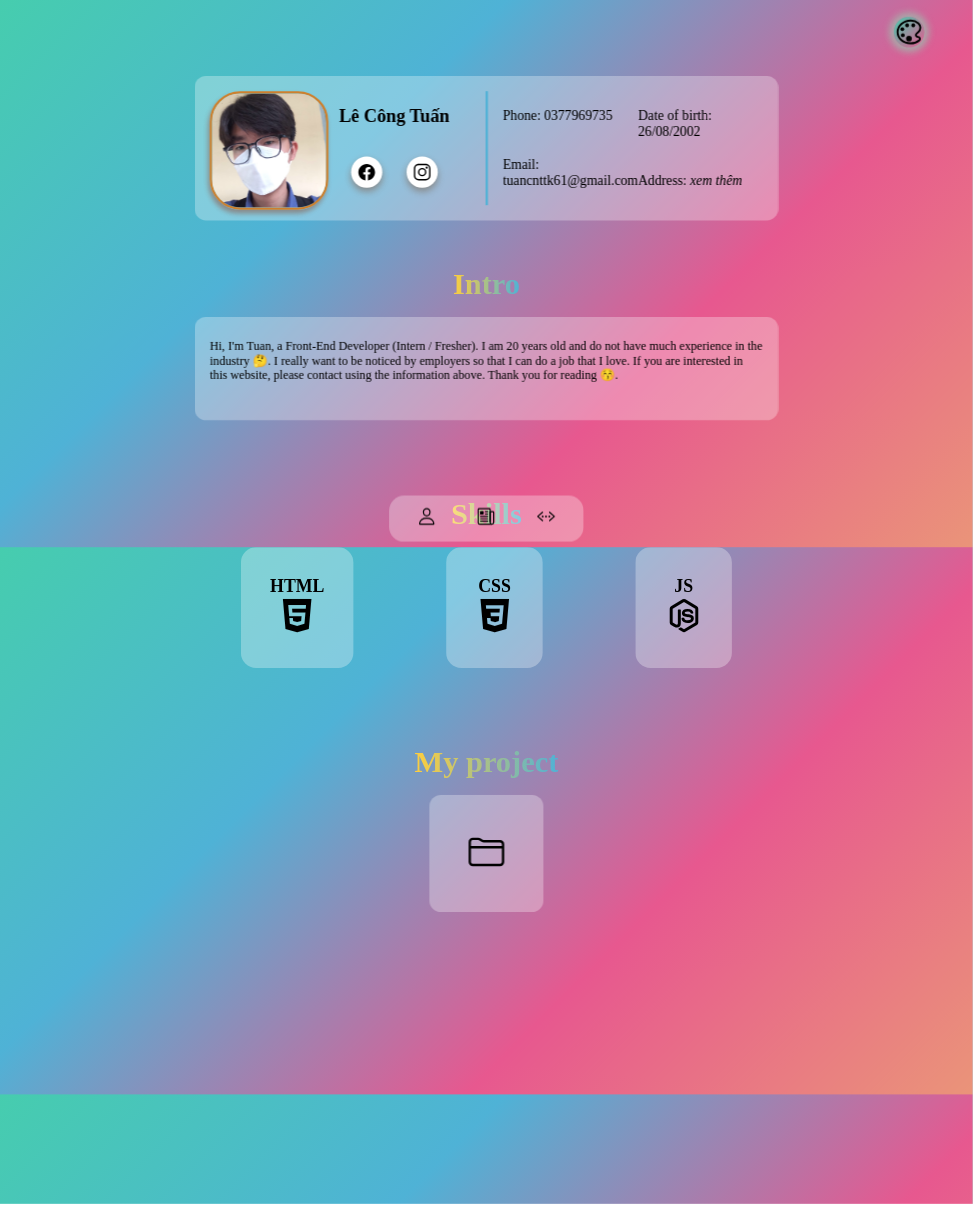
Repository: LeCongTuan2608/Profile
Page: index.html
The author's editor kept a copy of each file at every save. The page is drawn from the files as they stood at one save, then again after the next save.
The browser window is 1280 px wide. The pictures show the whole page, at 76% of full size.
Backgrounds fixed to the window are drawn as part of the page. The style sheet was rebuilt from its Sass, Less or Tailwind sources for each picture, by a compiler version that may differ from the author's.

Above is the page before, as saved 2022-05-05 12:34:31.

### index.html
<!DOCTYPE html>
<html lang="en">
   <head>
      <meta charset="UTF-8" />
      <meta http-equiv="X-UA-Compatible" content="IE=edge" />
      <meta name="viewport" content="width=device-width, initial-scale=1.0" />

      <script type="module" src="https://unpkg.com/ionicons@5.5.2/dist/ionicons/ionicons.esm.js"></script>
      <script nomodule src="https://unpkg.com/ionicons@5.5.2/dist/ionicons/ionicons.js"></script>

      <link rel="preconnect" href="https://fonts.googleapis.com" />
      <link rel="preconnect" href="https://fonts.gstatic.com" crossorigin />
      <link href="https://fonts.googleapis.com/css2?family=Pacifico&display=swap" rel="stylesheet" />

      <link href="https://unpkg.com/aos@2.3.1/dist/aos.css" rel="stylesheet" />
      <script src="https://unpkg.com/aos@2.3.1/dist/aos.js"></script>

      <link rel="stylesheet" href="./sass/css/style.css" />
      <title>Profile</title>
   </head>
   <body>
      <div class="container">
         <div class="palette">
            <ion-icon name="color-palette-outline"></ion-icon>
            <div class="list-color">
               <ul>
                  <li class="bgr-color"></li>
                  <li class="bgr-color"></li>
                  <li class="bgr-color"></li>
               </ul>
            </div>
         </div>

         <div class="contents">
            <div data-aos="flip-left" data-aos-duration="1500">
               <div class="card-info">
                  <div class="personal-information">
                     <div class="image">
                        <div class="user-image">
                           <img src="./images/1.JPG" alt="" />
                        </div>
                        <div class="user-intro">
                           <h2>Lê Công Tuấn</h2>
                           <div class="user-intro-navigation">
                              <div class="navigation-fb">
                                 <a href="https://www.facebook.com/profile.php?id=100026041985048"
                                    ><ion-icon name="logo-facebook"></ion-icon
                                 ></a>
                                 <span>facebook</span>
                              </div>
                              <div class="navigation-ins">
                                 <a href="https://www.instagram.com/tuanle2608/"
                                    ><ion-icon name="logo-instagram"></ion-icon
                                 ></a>
                                 <span>instagram</span>
                              </div>
                           </div>
                        </div>
                     </div>
                     <div class="contact">
                        <div class="contact-info">
                           <span>Phone: 0377969735</span>
                           <span>Email: tuancnttk61@gmail.com</span>
                        </div>
                        <div class="contact-info">
                           <span>Date of birth: 26/08/2002</span>
                           <span>Address: <i id="see">xem thêm</i></span>
                        </div>
                     </div>
                  </div>
               </div>
            </div>
            <div class="card-intro">
               <div class="intro-yourself">
                  <div class="title">
                     <div data-aos="fade-up" data-aos-duration="1000">
                        <h1>Intro</h1>
                     </div>
                  </div>
                  <div data-aos="flip-down" data-aos-duration="1000">
                     <div class="intro-content">
                        <p>
                           Hi, I'm Tuan, a Front-End Developer (Intern / Fresher). I am 20 years old and do not have
                           much experience in the industry 🤔. I really want to be noticed by employers so that I can do
                           a job that I love. If you are interested in this website, please contact using the
                           information above. Thank you for reading 😚.
                        </p>
                     </div>
                  </div>
               </div>

               <div class="my-skills">
                  <div class="title">
                     <div data-aos="fade-down" data-aos-easing="linear" data-aos-duration="300">
                        <h1>Skills</h1>
                     </div>
                  </div>
                  <div class="skills-content">
                     <div class="list-skills">
                        <div data-aos="fade-right">
                           <h3>HTML</h3>
                           <ion-icon name="logo-html5"></ion-icon>
                        </div>

                        <div data-aos="fade-down">
                           <h3>CSS</h3>
                           <ion-icon name="logo-css3"></ion-icon>
                        </div>

                        <div data-aos="fade-left">
                           <h3>JS</h3>
                           <ion-icon name="logo-nodejs"></ion-icon>
                        </div>
                     </div>
                  </div>
               </div>

               <div class="my-project">
                  <div class="title">
                     <div data-aos="fade-up" data-aos-anchor-placement="bottom-bottom">
                        <h1>My project</h1>
                     </div>
                  </div>
                  <div class="project-box">
                     <div data-aos="zoom-in">
                        <div class="box">
                           <ion-icon name="folder-outline"></ion-icon>
                        </div>
                     </div>
                  </div>
               </div>
            </div>
         </div>

         <div class="box-container">
            <div class="list-project">
               <div class="close">
                  <ion-icon name="close-circle-outline"></ion-icon>
               </div>

               <ul>
                  <li>
                     <a href="https://lecongtuan2608.github.io/Youtube/">https://lecongtuan2608.github.io/Youtube/</a>
                  </li>
                  <li><a href="https://lecongtuan2608.github.io/music/">https://lecongtuan2608.github.io/music/</a></li>
               </ul>
            </div>
         </div>
         <div class="toolbar">
            <div class="tollbar-list">
               <ul>
                  <li><ion-icon name="person-outline"></ion-icon></li>
                  <li><ion-icon name="newspaper-outline"></ion-icon></li>
                  <li><ion-icon name="code-working-outline"></ion-icon></li>
               </ul>
            </div>
         </div>
      </div>
   </body>
   <script>
      AOS.init();
   </script>
   <script src="./js/app.js"></script>
</html>

### js/app.js
const open_project = document.querySelector('.box');
const box_container = document.querySelector('.box-container');
const close_box = document.querySelector('.close');
const list_project = document.querySelector('.list-project');
open_project.addEventListener('click', function () {
   box_container.classList.add('open');
});
close_box.addEventListener('click', function () {
   box_container.classList.remove('open');
});
box_container.addEventListener('click', function () {
   box_container.classList.remove('open');
});
list_project.addEventListener('click', function (event) {
   event.stopPropagation();
});

const palette = document.querySelector('.palette');
var bgr_colors = document.querySelectorAll('.bgr-color');
const container = document.querySelector('.container');
const text_colors = document.querySelectorAll('.title h1');
function bgr_change() {
   for (let i = 0; i < bgr_colors.length; i++) {
      bgr_colors[i].addEventListener('click', function () {
         bgr_colors = i;
         if (bgr_colors == 0) {
            for (let text_color of text_colors) {
               text_color.classList.remove('text-color-2');
               text_color.classList.remove('text-color-3');
               text_color.classList.add('text-color-1');
            }
            container.classList.remove('bgr-color-2');
            container.classList.remove('bgr-color-3');
            container.classList.add('bgr-color-1');
         } else if (bgr_colors == 1) {
            for (let text_color of text_colors) {
               text_color.classList.remove('text-color-1');
               text_color.classList.remove('text-color-3');
               text_color.classList.add('text-color-2');
            }
            container.classList.remove('bgr-color-1');
            container.classList.remove('bgr-color-3');
            container.classList.add('bgr-color-2');
         } else if (bgr_colors == 2) {
            for (let text_color of text_colors) {
               text_color.classList.remove('text-color-1');
               text_color.classList.remove('text-color-2');
               text_color.classList.add('text-color-3');
            }
            container.classList.remove('bgr-color-1');
            container.classList.remove('bgr-color-2');
            container.classList.add('bgr-color-3');
         }
      });
   }
}
bgr_change();

### sass/style.scss
*{
    margin: 0;
    padding: 0;
}
html{
    width: 100%;
    height: 100%;
    padding: 0;
    margin: 0;
    font-family: 'Fredoka One', cursive;

}
body{
    width: 100%;
    height: auto;

}
.container{
    padding-top: 100px;
    width: 100%;
    height: auto;
    position: relative;
    background-image: linear-gradient(-45deg, #ea9479, #e7588f, #4fb2d6, #46cdae);
    background-attachment: fixed;
}
.bgr-color-1{
    background-image: linear-gradient(90deg, #74EBD5 0%, #9FACE6 100%);
    background-attachment: fixed;
}
.bgr-color-2{
    background-image: linear-gradient(to right, #eea2a2 0%, #bbc1bf 19%, #57c6e1 42%, #b49fda 79%, #7ac5d8 100%);
    background-attachment: fixed;
}
.bgr-color-3{
    background-image: linear-gradient(to top, #88d3ce 0%, #6e45e2 100%);
    background-attachment: fixed;
}
.palette{
    position: fixed;
    top: 3%;
    right: 5%;
    font-size: 40px;
}
.list-color ul{
    position: absolute;
}
.palette:hover ul li{
    display: block;
}
// chọn màu bgr
.list-color ul li:first-child{
    margin-bottom: 10px;
    background-image: linear-gradient(90deg, #74EBD5 0%, #9FACE6 100%);
}
.list-color ul li:nth-of-type(2){
    margin-bottom: 10px;
    background-image: linear-gradient(to right, #eea2a2 0%, #bbc1bf 19%, #57c6e1 42%, #b49fda 79%, #7ac5d8 100%);
}
.list-color ul li:last-child{
    background-image: linear-gradient(to top, #88d3ce 0%, #6e45e2 100%);

}

.list-color ul li{
    list-style-type: none;
    display: none;
    width: 40px;
    height: 40px;
    border-radius: 100rem;
    box-shadow: #3d3d3d -1px 2px 5px 2px;

}
.toolbar{
    width:  20%;
    border-radius: 20px;
    position: fixed;
    font-size: 25px;
    left: 50%;
    transform: translateX(-50%);
    bottom: 1%;
    background-color: rgba($color: white, $alpha: 0.3);
}
.tollbar-list{
    padding: 10px;
}
.toolbar ul{
    display: flex;
    justify-content: space-around;
}
.toolbar ul li {
    list-style-type: none;
    display: inline;
    border-radius: 100rem;
    cursor: pointer;
}
.toolbar ul li ion-icon{
    padding: 5px;
}
.toolbar ul li:hover {
background-color: #a5e296;
}
.palette ion-icon{
    background-image: linear-gradient(-45deg, #e7588f,#46cdae);
    border-radius: 100rem;
    box-shadow: #a9a9a9 0px 0px 10px 6px;
    cursor: pointer;
}
.contents{
    width: 100%;
    display: flex;
    flex-wrap: wrap;
    align-content: center;
    flex-direction: column;
}
.contents > div{
    width: 60%;
}
.card-info{
    background-color: rgba($color: white, $alpha: 0.3);
    border-radius: 15px;
}
.personal-information{
    padding: 20px;
    display: flex;

}
.image{
    display: flex;
    flex: 1;
    border-right: 3px solid;
    border-color:#4fb2d6;
    padding-right: 20px;
}
.user-image{
    width: 150px;
    height: 150px;
    // border: 3px solid;
    // border-image-source: linear-gradient(to top, #f64f59, #9634c8);
    // border-image-slice :1;
}
.user-image img{
    width: 100%;
    height: 100%;
    object-fit: cover;
    border-radius: 40px;
    border: solid;
    border-color: #cd802e;
    box-shadow: rgb(137, 137, 137) -2px 5px 7px 0px;


}
.user-intro{
    display: flex;
    margin-left: 20px;
    flex-direction: column;
    justify-content: space-around;
}
.user-intro-navigation{
    display: flex;
    justify-content: space-around;
}
.user-intro-navigation a{
    color: black;
    text-decoration: none;
}
.user-intro-navigation a > ion-icon{
    font-size: 25px;
    border-radius: 100rem;
    padding: 8px;
    background-color: white;
    box-shadow: rgb(137, 137, 137) 0px 5px 10px 0px;
}
.navigation-fb{
    position: relative;
}
.navigation-fb span{
    display: none;
}
.navigation-fb a > ion-icon:hover{
    background-color: rgb(153, 159, 248);
}
.navigation-fb:hover span{
    position: absolute;
    display: block;
    background-color: rgb(153, 159, 248);
    border-radius: 40px;
    padding: 5px;
    font-size: 18px;
    top: -95%;
    left: -50%;
    font-weight: 700;
    animation: intro ease 0.5s;
    z-index: 2;
}
.navigation-fb:hover::after{
    position: absolute;
    content: "";
    width: 13px;
    height: 13px;
    background-color: rgb(153, 159, 248);
    clip-path: polygon(50% 100%, 0 0, 100% 0);
    top: -25%;
    left: 30%;
    animation: intro ease 0.5s;
    z-index: 1;
}


.navigation-ins{
    position: relative;
}
.navigation-ins span{
    display: none;
}
.navigation-ins a > ion-icon:hover{
    background-color: rgb(64, 173, 177);
}
.navigation-ins:hover span{
    position: absolute;
    display: block;
    background-color: rgb(64, 173, 177);
    border-radius: 40px;
    padding: 5px;
    font-size: 18px;
    top: -95%;
    left: -50%;
    font-weight: 700;
    animation: intro ease 0.5s;
    z-index: 2;
}
.navigation-ins:hover::after{
    position: absolute;
    content: "";
    width: 13px;
    height: 13px;
    background-color: rgb(64, 173, 177);
    clip-path: polygon(50% 100%, 0 0, 100% 0);
    top: -25%;
    left: 30%;
    animation: intro ease 0.5s;
    z-index: 1;
}
.contact{
    flex: 1;
    display: flex;
    padding-left: 20px;
}
.contact-info{
    flex: 1;
    display: flex;
    flex-direction: column;
    justify-content: space-around;
}
.contact-info span{
    font-size: 18px;
    overflow: hidden;
}

.card-intro{
    margin-top: 30px;
    width: 60%;

}
.intro-yourself{
    margin: 30px 0 100px 0;
}
.title{
    text-align: center;
    margin-bottom: 20px;
    font-size: 20px;
}
.title h1{
    display: inline-block;
    background-image: linear-gradient( to right,#ffce3d, #4fb2d6);
    color: transparent;
    -webkit-background-clip: text;
    background-clip: text;
}
// đổi màu text
.text-color-1{
    background-image: linear-gradient(-225deg, #AC32E4 0%, #7918F2 48%, #4801FF 100%) !important;
}
.text-color-2{
    background-image: linear-gradient(-225deg, #A445B2 0%, #D41872 52%, #FF0066 100%) !important;
}
.text-color-3{
    background-image: linear-gradient(to top, #50cc7f 0%, #f5d100 100%) !important;
}

//===============
.intro-content{
    padding: 30px 20px 50px 20px;
    background-color: rgba($color: white, $alpha: 0.3);
    border-radius: 15px;
}

.my-skills {
    margin: 30px 0 100px 0;
}
.skills-content .list-skills{
    display: flex;
    justify-content: space-around;
}
.skills-content .list-skills div{
    padding: 5%;
    border-radius: 20px;
    background-color: rgba(255, 255, 255, 0.3);
    list-style-type: none;
    display: inline;
    text-align: center;
    font-size: 20px;
}

.skills-content .list-skills div ion-icon{
    font-size: 50px;
}
.my-project{
    margin: 30px 0 50% 0;
}
.project-box{
    display: flex;
    justify-content: center;
}
.box{
    background-color: rgba($color: white, $alpha: 0.3);
    border-radius: 15px;
    text-align: center;
    cursor: pointer;
}
.box:hover{
    transition-duration: 0.5s;
    transform: scale(1.1, 1.1);
    box-shadow: rgba(130, 130, 130, 0.773) 0px 1px 5px 2px;
}
.box > ion-icon{
    font-size: 50px;
    padding: 50px;
}
.box-container{
    position: fixed;
    top:0;
    left: 0;
    right: 0;
    bottom: 0;
    background-color: rgba( rgb(186, 186, 186), 0.5);
    display: none;
}
.open{
    display: block;
}
.list-project{
    position: absolute;
    left: 30%;
    right: 30%;
    top: 50%;
    transform: translateY(-50%);
    border-radius: 15px;
    background-color: white;
    box-shadow: rgb(137, 137, 137) 0px 5px 10px 0px;
    text-align: center;
    animation: intro ease 1s;

}
.close{
    position: absolute;
    width: 30px;
    height: 30px;
    right: 2%;
    top: 2%;
    font-size: 25px;
    cursor: pointer;
}
.list-project ion-icon:hover{
    color: red;
    border-radius: 100rem;

}
.list-project ul{
    padding: 50px 10px 30px 10px;
}
.list-project ul li{
    list-style-type: none;
}
.list-project ul li a{
    text-decoration: none;
    color: black;
}
.list-project ul li a:hover{
    color: rgb(53, 138, 213);
}
@keyframes intro{
    from {
        transform: translateY((100%));
    }
    to{
        transform: translateY((-50%));
    }
}
@media screen and (max-width:1060px) {
    .contents {
        display: block;
    }
    .contents > div{
        margin: 0 10% 0 10%;
        width: 80%;
    }
}
@media screen and (max-width:820px) {
    .contents {
        display: block;
    }
    .personal-information{
        display: block;
    }
    .image{
        border-right: none;
        border-bottom: 3px solid;
        border-color: #4fb2d6;
        padding-right: 0;
        padding-bottom: 30px;
    }
    .contact{
        padding-top: 30px;
        padding-left: 0px;

    }
}
@media screen and (max-width:567px){
    .image{
        border-right: none;
        border-bottom: 3px solid;
        border-color: #4fb2d6;
        padding-right: 0;
        padding-bottom: 30px;
    }
    .contact{
        padding-top: 30px;
        display: block;
    }
}

After the next save:
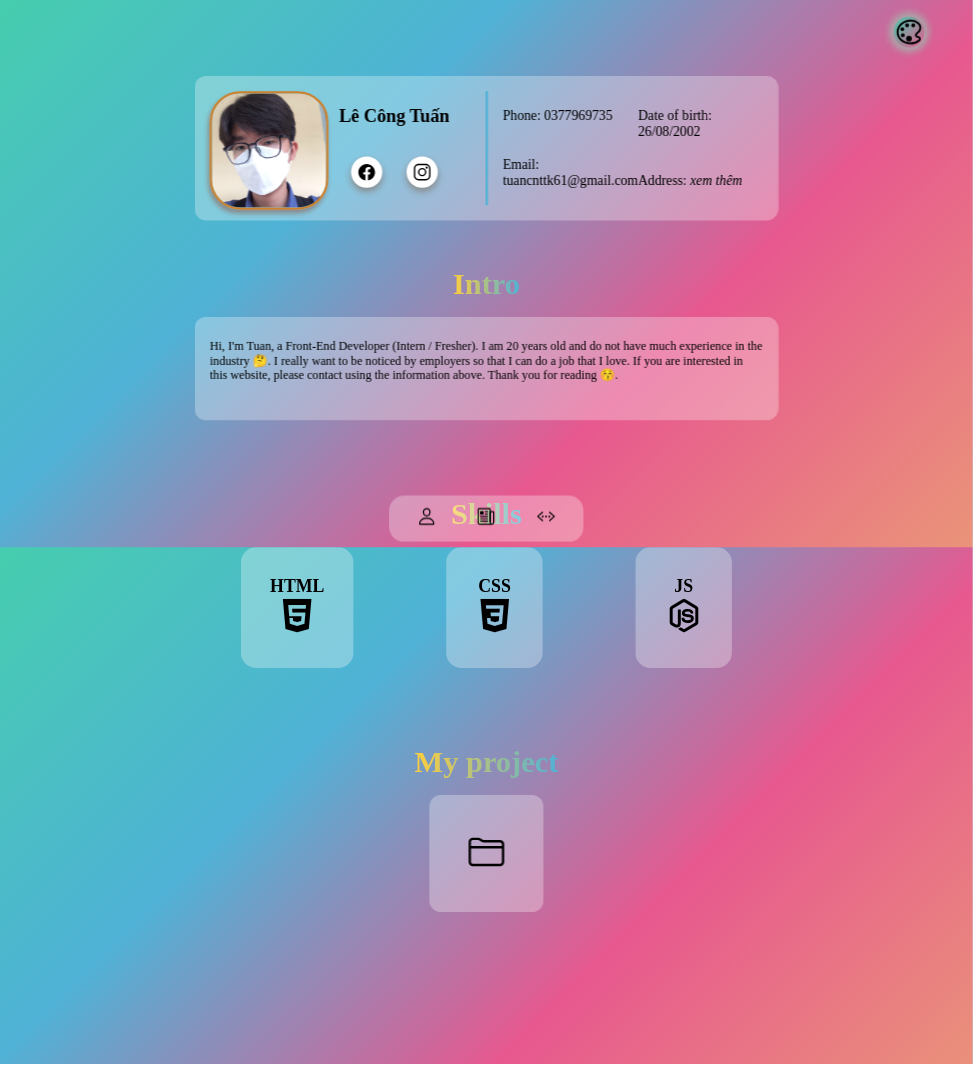
Saved 4 s later.
--- a/sass/style.scss
+++ b/sass/style.scss
@@ -315,7 +315,7 @@ background-color: #a5e296;
     font-size: 50px;
 }
 .my-project{
-    margin: 30px 0 50% 0;
+    margin: 30px 0 200px 0;
 }
 .project-box{
     display: flex;
